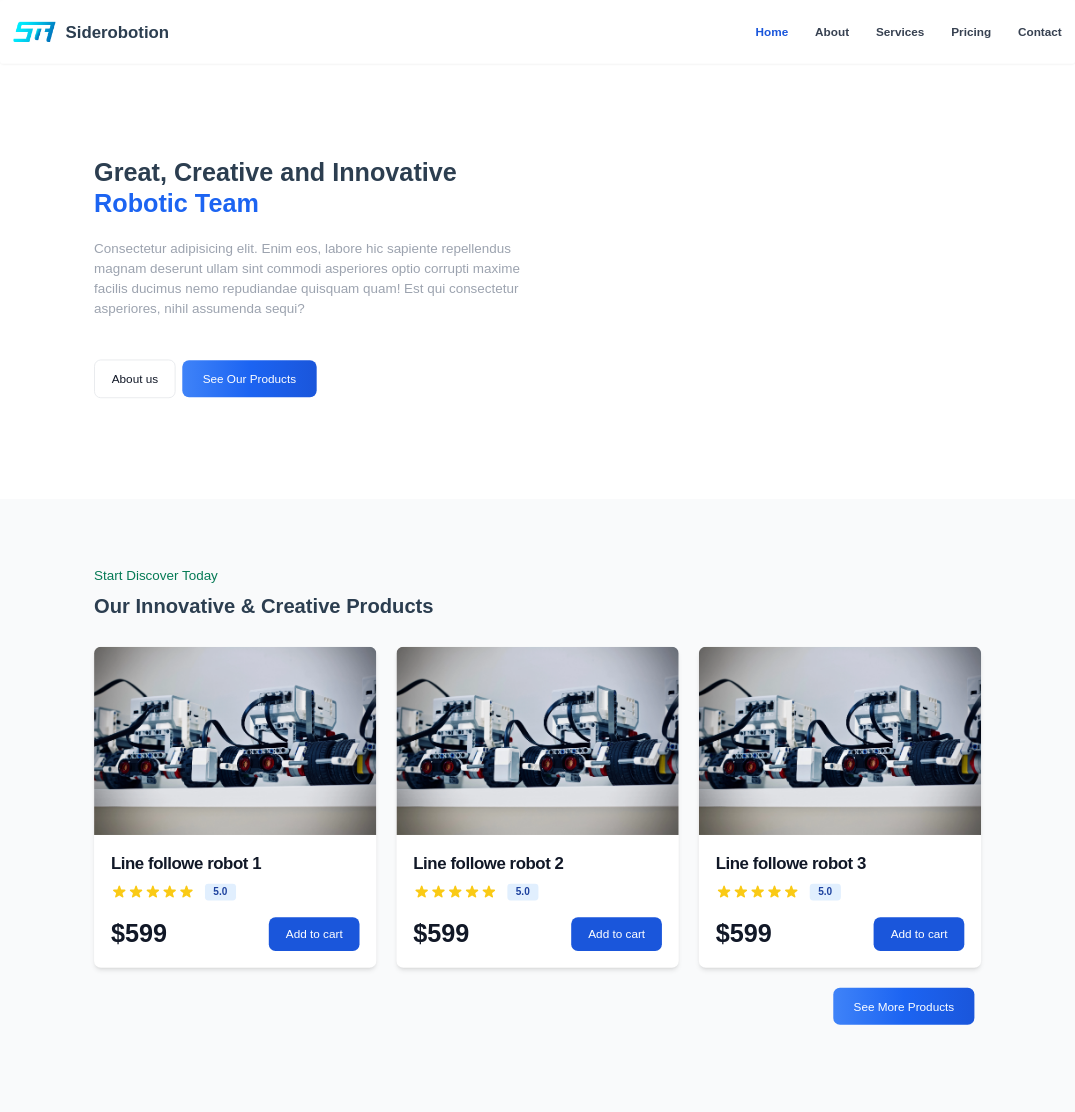
Repository: khulqu15/siderobotion
Page: /
These files come from the project's save history. The page is drawn as it stood at one moment and after the next save; the edit follows.
The browser window is 1280 px wide. The pictures show the whole page, at 84% of full size.
The project was rebuilt for these pictures with package versions that can differ from the ones it lists, and the page was loaded fresh each time. Also part of the build but not shown: vue.config.js.

Above is the page before, as saved 2022-06-12 02:42:12.

### src/main.js
import { createApp } from 'vue'
import App from './App.vue'
import './registerServiceWorker'
import router from './router'
import store from './store'
import 'flowbite'
import './index.css'

createApp(App)
  .use(store)
  .use(router)
  .mount('#app')

### src/index.css
@tailwind base;
@tailwind components;
@tailwind utilities;
@import url('https://fonts.googleapis.com/css2?family=Poppins:ital,wght@0,100;0,200;0,300;0,400;0,500;0,600;0,700;0,800;0,900;1,100;1,200;1,300;1,400;1,500;1,600;1,700;1,800;1,900&display=swap');

* {
  font-family: 'Poppins', sans-serif !important;
}

### src/views/HomeView.vue
<template>

  <web-layout>
    <div class="p-28 grid grid-cols-2 gap-4">
      <div class="text-start">
        <h1 class="text-3xl font-semibold">Great, Creative and Innovative <span class="text-blue-600">Robotic Team</span> </h1>
        <p class="text-gray-400 mt-6 mb-12">Consectetur adipisicing elit. Enim eos, labore hic sapiente repellendus magnam deserunt ullam sint commodi asperiores optio corrupti maxime facilis ducimus nemo repudiandae quisquam quam! Est qui consectetur asperiores, nihil assumenda sequi?</p>
        <button type="button" class="py-3 px-5 mr-2 mb-2 text-sm font-medium text-gray-900 focus:outline-none bg-white rounded-lg border border-gray-200 hover:bg-gray-100 hover:text-blue-700 focus:z-10 focus:ring-4 focus:ring-gray-200">About us</button>
        <button type="button" class="text-white bg-gradient-to-r from-blue-500 via-blue-600 to-blue-700 hover:bg-gradient-to-br focus:ring-4 focus:outline-none focus:ring-blue-300 dark:focus:ring-blue-800 font-medium rounded-lg text-sm px-6 py-3 text-center mr-2 mb-2">See Our Products</button>
      </div>
    </div>

    <div class="px-28 py-20 bg-gray-50">
      <div class="text-start">
        <p class="mb-2 text-green-600">Start Discover Today</p>
        <h1 class="text-2xl mb-4 font-semibold">Our Innovative & Creative Products</h1>
      </div>
      <div class="py-4 text-start grid grid-cols-3 gap-6">
        <div v-for="(item, index) in 3" :key="index">
          <div class="w-full bg-white rounded-lg shadow-md dark:bg-gray-800 dark:border-gray-700">
            <a href="#">
              <img class="rounded-t-lg" :src="require('@/assets/images/product.webp')" alt="product image" />
            </a>
            <div class="p-5">
              <a href="#">
                <h5 class="text-xl font-semibold tracking-tight text-gray-900 dark:text-white">Line followe robot {{ item }}</h5>
              </a>
              <div class="flex items-center mt-2.5 mb-5">
                <svg class="w-5 h-5 text-yellow-300" fill="currentColor" viewBox="0 0 20 20" xmlns="http://www.w3.org/2000/svg"><path d="M9.049 2.927c.3-.921 1.603-.921 1.902 0l1.07 3.292a1 1 0 00.95.69h3.462c.969 0 1.371 1.24.588 1.81l-2.8 2.034a1 1 0 00-.364 1.118l1.07 3.292c.3.921-.755 1.688-1.54 1.118l-2.8-2.034a1 1 0 00-1.175 0l-2.8 2.034c-.784.57-1.838-.197-1.539-1.118l1.07-3.292a1 1 0 00-.364-1.118L2.98 8.72c-.783-.57-.38-1.81.588-1.81h3.461a1 1 0 00.951-.69l1.07-3.292z"></path></svg>
                <svg class="w-5 h-5 text-yellow-300" fill="currentColor" viewBox="0 0 20 20" xmlns="http://www.w3.org/2000/svg"><path d="M9.049 2.927c.3-.921 1.603-.921 1.902 0l1.07 3.292a1 1 0 00.95.69h3.462c.969 0 1.371 1.24.588 1.81l-2.8 2.034a1 1 0 00-.364 1.118l1.07 3.292c.3.921-.755 1.688-1.54 1.118l-2.8-2.034a1 1 0 00-1.175 0l-2.8 2.034c-.784.57-1.838-.197-1.539-1.118l1.07-3.292a1 1 0 00-.364-1.118L2.98 8.72c-.783-.57-.38-1.81.588-1.81h3.461a1 1 0 00.951-.69l1.07-3.292z"></path></svg>
                <svg class="w-5 h-5 text-yellow-300" fill="currentColor" viewBox="0 0 20 20" xmlns="http://www.w3.org/2000/svg"><path d="M9.049 2.927c.3-.921 1.603-.921 1.902 0l1.07 3.292a1 1 0 00.95.69h3.462c.969 0 1.371 1.24.588 1.81l-2.8 2.034a1 1 0 00-.364 1.118l1.07 3.292c.3.921-.755 1.688-1.54 1.118l-2.8-2.034a1 1 0 00-1.175 0l-2.8 2.034c-.784.57-1.838-.197-1.539-1.118l1.07-3.292a1 1 0 00-.364-1.118L2.98 8.72c-.783-.57-.38-1.81.588-1.81h3.461a1 1 0 00.951-.69l1.07-3.292z"></path></svg>
                <svg class="w-5 h-5 text-yellow-300" fill="currentColor" viewBox="0 0 20 20" xmlns="http://www.w3.org/2000/svg"><path d="M9.049 2.927c.3-.921 1.603-.921 1.902 0l1.07 3.292a1 1 0 00.95.69h3.462c.969 0 1.371 1.24.588 1.81l-2.8 2.034a1 1 0 00-.364 1.118l1.07 3.292c.3.921-.755 1.688-1.54 1.118l-2.8-2.034a1 1 0 00-1.175 0l-2.8 2.034c-.784.57-1.838-.197-1.539-1.118l1.07-3.292a1 1 0 00-.364-1.118L2.98 8.72c-.783-.57-.38-1.81.588-1.81h3.461a1 1 0 00.951-.69l1.07-3.292z"></path></svg>
                <svg class="w-5 h-5 text-yellow-300" fill="currentColor" viewBox="0 0 20 20" xmlns="http://www.w3.org/2000/svg"><path d="M9.049 2.927c.3-.921 1.603-.921 1.902 0l1.07 3.292a1 1 0 00.95.69h3.462c.969 0 1.371 1.24.588 1.81l-2.8 2.034a1 1 0 00-.364 1.118l1.07 3.292c.3.921-.755 1.688-1.54 1.118l-2.8-2.034a1 1 0 00-1.175 0l-2.8 2.034c-.784.57-1.838-.197-1.539-1.118l1.07-3.292a1 1 0 00-.364-1.118L2.98 8.72c-.783-.57-.38-1.81.588-1.81h3.461a1 1 0 00.951-.69l1.07-3.292z"></path></svg>
                <span class="bg-blue-100 text-blue-800 text-xs font-semibold mr-2 px-2.5 py-0.5 rounded dark:bg-blue-200 dark:text-blue-800 ml-3">5.0</span>
              </div>
              <div class="flex justify-between items-center">
                <span class="text-3xl font-bold text-gray-900 dark:text-white">$599</span>
                <a href="#" class="text-white bg-blue-700 hover:bg-blue-800 focus:ring-4 focus:outline-none focus:ring-blue-300 font-medium rounded-lg text-sm px-5 py-2.5 text-center dark:bg-blue-600 dark:hover:bg-blue-700 dark:focus:ring-blue-800">Add to cart</a>
              </div>
            </div>
          </div>
        </div>
        <div class="text-right col-span-3">
          <button type="button" class="text-white bg-gradient-to-r from-blue-500 via-blue-600 to-blue-700 hover:bg-gradient-to-br focus:ring-4 focus:outline-none focus:ring-blue-300 dark:focus:ring-blue-800 font-medium rounded-lg text-sm px-6 py-3 text-center mr-2 mb-2">See More Products</button>
        </div>
      </div>
    </div>
  </web-layout>

</template>

<script>
import WebLayout from '@/layouts/WebLayout.vue'
export default {
  name: 'HomeView',
  components: {
    WebLayout
  }
}
</script>

### src/layouts/WebLayout.vue
<template>
  <div id="app-web">
    <div id="nav">
      <navigation-header/>
    </div>
    <div id="body-content">
      <slot id="content"></slot>
    </div>
  </div>
</template>

<script>
import NavigationHeader from '@/components/NavigationHeader.vue'
export default {
  components: {
    NavigationHeader
  }
}
</script>

### src/components/NavigationHeader.vue
<template>
  <div>
    <nav class="bg-white border-gray-200 px-2 sm:px-4 py-6 shadow-sm rounded dark:bg-gray-800">
      <div class="container flex flex-wrap justify-between items-center mx-auto">
        <a href="/" class="flex items-center">
          <img :src="require('@/assets/logo.webp')" class="mr-3 h-4 sm:h-6" alt="Siderobotion Logo">
          <span class="self-center text-xl font-semibold whitespace-nowrap dark:text-white">Siderobotion</span>
        </a>
        <button data-collapse-toggle="mobile-menu" type="button" class="inline-flex items-center p-2 ml-3 text-sm text-gray-500 rounded-lg md:hidden hover:bg-gray-100 focus:outline-none focus:ring-2 focus:ring-gray-200 dark:text-gray-400 dark:hover:bg-gray-700 dark:focus:ring-gray-600" aria-controls="mobile-menu" aria-expanded="false">
          <span class="sr-only">Open main menu</span>
          <svg class="w-6 h-6" fill="currentColor" viewBox="0 0 20 20" xmlns="http://www.w3.org/2000/svg"><path fill-rule="evenodd" d="M3 5a1 1 0 011-1h12a1 1 0 110 2H4a1 1 0 01-1-1zM3 10a1 1 0 011-1h12a1 1 0 110 2H4a1 1 0 01-1-1zM3 15a1 1 0 011-1h12a1 1 0 110 2H4a1 1 0 01-1-1z" clip-rule="evenodd"></path></svg>
          <svg class="hidden w-6 h-6" fill="currentColor" viewBox="0 0 20 20" xmlns="http://www.w3.org/2000/svg"><path fill-rule="evenodd" d="M4.293 4.293a1 1 0 011.414 0L10 8.586l4.293-4.293a1 1 0 111.414 1.414L11.414 10l4.293 4.293a1 1 0 01-1.414 1.414L10 11.414l-4.293 4.293a1 1 0 01-1.414-1.414L8.586 10 4.293 5.707a1 1 0 010-1.414z" clip-rule="evenodd"></path></svg>
        </button>
        <div class="hidden w-full md:block md:w-auto" id="mobile-menu">
          <ul class="flex flex-col mt-4 md:flex-row md:space-x-8 md:mt-0 md:text-sm md:font-medium">
            <li>
              <a href="#" class="block py-2 pr-4 pl-3 text-white bg-blue-700 rounded md:bg-transparent md:text-blue-700 md:p-0 dark:text-white" aria-current="page">Home</a>
            </li>
            <li>
              <a href="#" class="block py-2 pr-4 pl-3 text-gray-700 border-b border-gray-100 hover:bg-gray-50 md:hover:bg-transparent md:border-0 md:hover:text-blue-700 md:p-0 dark:text-gray-400 md:dark:hover:text-white dark:hover:bg-gray-700 dark:hover:text-white md:dark:hover:bg-transparent dark:border-gray-700">About</a>
            </li>
            <li>
              <a href="#" class="block py-2 pr-4 pl-3 text-gray-700 border-b border-gray-100 hover:bg-gray-50 md:hover:bg-transparent md:border-0 md:hover:text-blue-700 md:p-0 dark:text-gray-400 md:dark:hover:text-white dark:hover:bg-gray-700 dark:hover:text-white md:dark:hover:bg-transparent dark:border-gray-700">Services</a>
            </li>
            <li>
              <a href="#" class="block py-2 pr-4 pl-3 text-gray-700 border-b border-gray-100 hover:bg-gray-50 md:hover:bg-transparent md:border-0 md:hover:text-blue-700 md:p-0 dark:text-gray-400 md:dark:hover:text-white dark:hover:bg-gray-700 dark:hover:text-white md:dark:hover:bg-transparent dark:border-gray-700">Pricing</a>
            </li>
            <li>
              <a href="#" class="block py-2 pr-4 pl-3 text-gray-700 hover:bg-gray-50 md:hover:bg-transparent md:border-0 md:hover:text-blue-700 md:p-0 dark:text-gray-400 md:dark:hover:text-white dark:hover:bg-gray-700 dark:hover:text-white md:dark:hover:bg-transparent">Contact</a>
            </li>
          </ul>
        </div>
      </div>
    </nav>

  </div>
</template>

### tailwind.config.js
module.exports = {

  content: [
    "./index.html",
    "./src/**/*.{vue,js,ts,jsx,tsx}",
    "./node_modules/flowbite/**/*.js",
  ],
  theme: {
    extend: {},
  },
  plugins: [
    require('flowbite/plugin')
  ]

}

Loaded but not shown: public/index.html (common file); src/App.vue (common file); src/registerServiceWorker.js (common file); src/router/index.js (common file); src/store/index.js (common file)

After the next save:
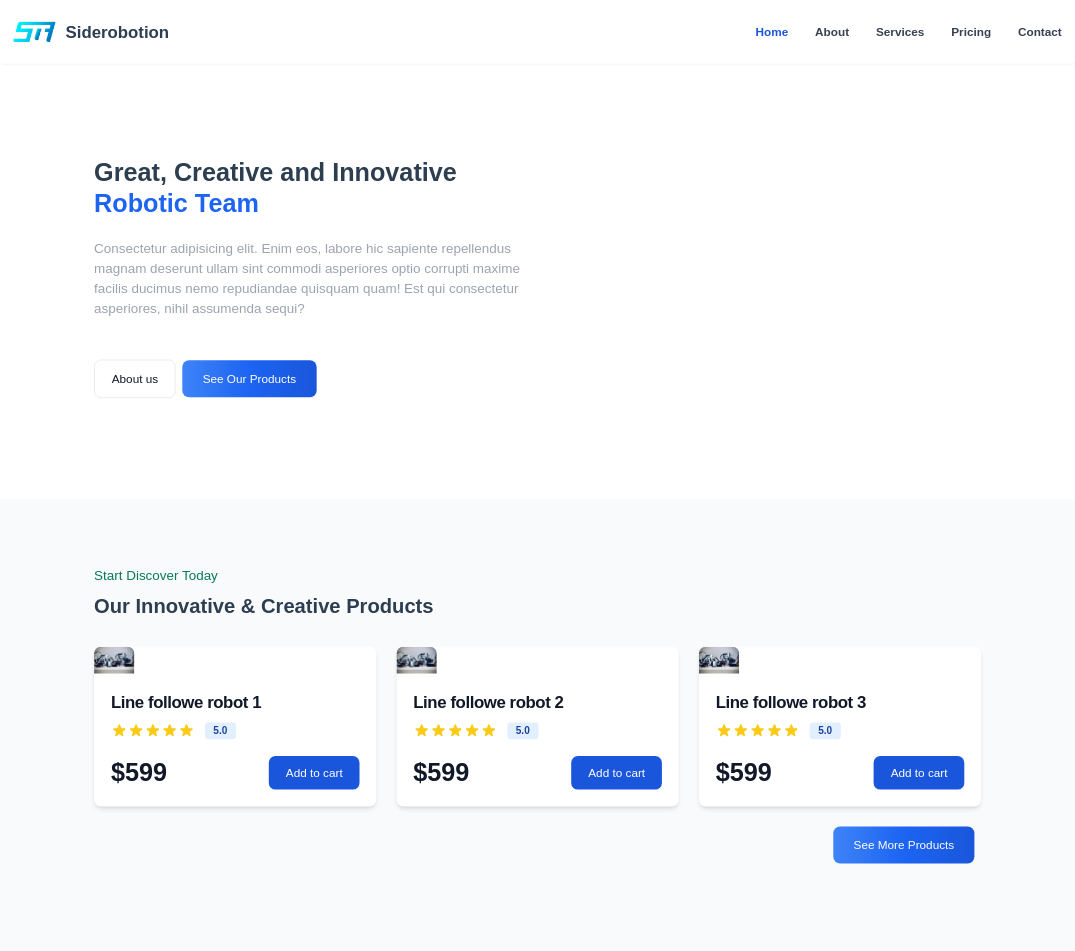
Saved 12 s later.
--- a/src/views/HomeView.vue
+++ b/src/views/HomeView.vue
@@ -19,7 +19,7 @@
         <div v-for="(item, index) in 3" :key="index">
           <div class="w-full bg-white rounded-lg shadow-md dark:bg-gray-800 dark:border-gray-700">
             <a href="#">
-              <img class="rounded-t-lg" :src="require('@/assets/images/product.webp')" alt="product image" />
+              <img class="rounded-t-lg h-8" :src="require('@/assets/images/product.webp')" alt="product image" />
             </a>
             <div class="p-5">
               <a href="#">
